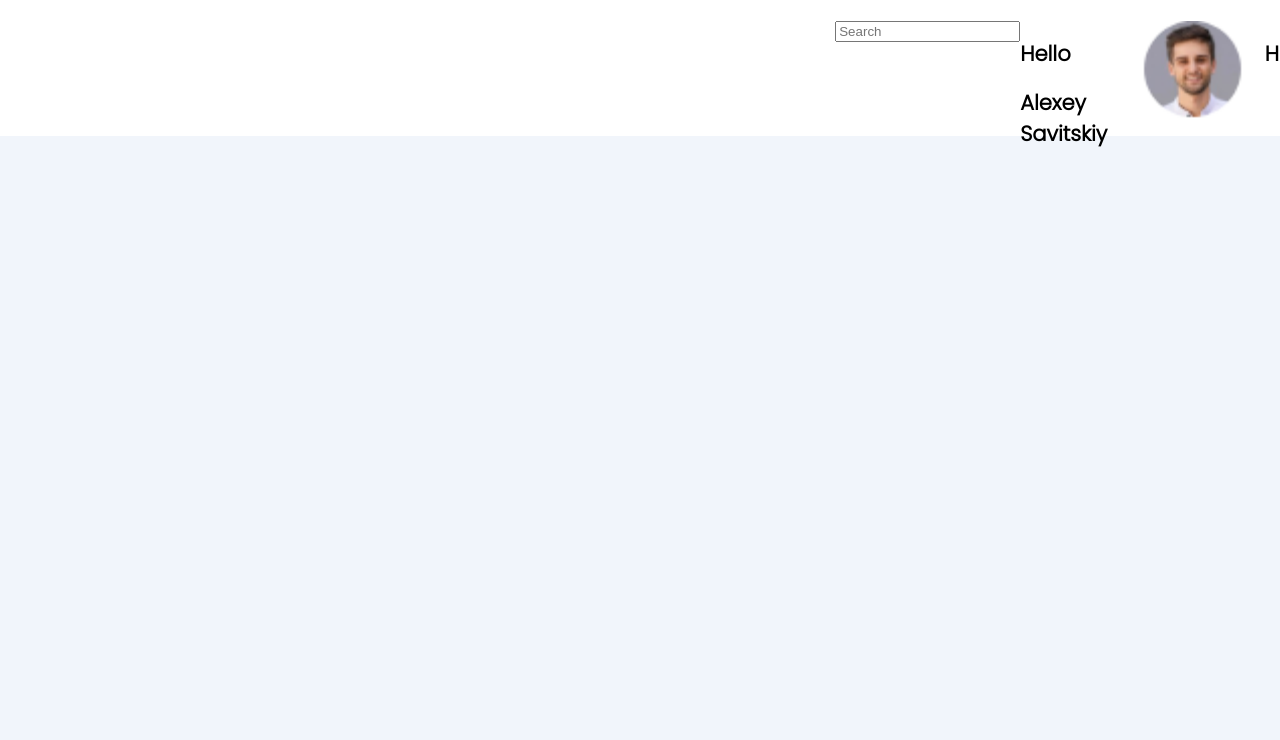
Repository: Anuruddha00/dashboard-design
Page: /
The author's editor kept a copy of each file at every save. The page is drawn from the files as they stood at one save, then again after the next save.
The browser window is 1280 px wide. The pictures show the whole page.
The project was rebuilt for these pictures with package versions that can differ from the ones it lists, and the page was loaded fresh each time.

Above is the page before, as saved 2021-05-06 22:44:56.

### public/index.html
<!DOCTYPE html>
<html lang="en">
  <head>
    <meta charset="utf-8" />
    <link rel="icon" href="%PUBLIC_URL%/favicon.ico" />
    <meta name="viewport" content="width=device-width, initial-scale=1" />
    <meta name="theme-color" content="#000000" />
    <meta
      name="description"
      content="Web site created using create-react-app"
    />
    <link rel="apple-touch-icon" href="%PUBLIC_URL%/logo192.png" />

    <link rel="preconnect" href="https://fonts.gstatic.com">
    <link href="https://fonts.googleapis.com/css2?family=Poppins:wght@300&display=swap" rel="stylesheet">

    <!--
      manifest.json provides metadata used when your web app is installed on a
      user's mobile device or desktop. See https://developers.google.com/web/fundamentals/web-app-manifest/
    -->
    <link rel="manifest" href="%PUBLIC_URL%/manifest.json" />
    <!--
      Notice the use of %PUBLIC_URL% in the tags above.
      It will be replaced with the URL of the `public` folder during the build.
      Only files inside the `public` folder can be referenced from the HTML.

      Unlike "/favicon.ico" or "favicon.ico", "%PUBLIC_URL%/favicon.ico" will
      work correctly both with client-side routing and a non-root public URL.
      Learn how to configure a non-root public URL by running `npm run build`.
    -->
    <title>React App</title>
  </head>
  <body>
    <noscript>You need to enable JavaScript to run this app.</noscript>
    <div id="root"></div>
    <!--
      This HTML file is a template.
      If you open it directly in the browser, you will see an empty page.

      You can add webfonts, meta tags, or analytics to this file.
      The build step will place the bundled scripts into the <body> tag.

      To begin the development, run `npm start` or `yarn start`.
      To create a production bundle, use `npm run build` or `yarn build`.
    -->
  </body>
</html>

### src/index.js
import React from 'react';
import ReactDOM from 'react-dom';
import Dashboard from './containers/Dashboard/Dashboard';
import reportWebVitals from './reportWebVitals';

ReactDOM.render(
  <React.StrictMode>
    <Dashboard />
  </React.StrictMode>,
  document.getElementById('root')
);

// If you want to start measuring performance in your app, pass a function
// to log results (for example: reportWebVitals(console.log))
// or send to an analytics endpoint. Learn more: https://bit.ly/CRA-vitals
reportWebVitals();

### src/containers/Dashboard/Dashboard.js
import React from 'react';
import './Dashboard.scss';

const dashboard = () =>{

    return(
        <div className='container'>
            <div className='dashboard'>
                <nav className ='dashboardNavBar'>
                    <div className='dashboardNavBarContent'>
                        <div className='dashboardNavBarContentSearch'>
                            <form className='dashboardNavBarContentSearchField'>
                                <input type='text' placeholder='Search'/>
                            </form>
                        </div>
                        <div className='dashboardNavBarContentProfile'>
                            <div className='dashboardNavBarContentProfileName'>
                                <h2>Hello</h2>
                                <h2>Alexey Savitskiy</h2>
                            </div>
                            <img src='./assets/Image 9.png'/>
                            <h1>H</h1>
                        </div>
                    </div>
                </nav>


            </div>
        </div>
    )

}
export default dashboard;

### src/containers/Dashboard/Dashboard.scss

body{
    margin: 0;
    padding: 0;
    font-size: 0.875rem;
    font-family: 'Poppins', sans-serif;

}

.container{
    background: #f1f5fb;
    height: 100vh;

    .dashboard{
        margin-top: 20px;

        &NavBar{
            display: flex;
            justify-content: end;
            border: 1px solid #ffffff;
            background:#ffffff;

            &Content{
                display: flex;


                &Search{

                    &Field{

                    }
                }
                &Profile{

                    &Name{

                    }
                    display: flex;
                    gap: 1em;
                }
            }
        }
    }
}

Loaded but not shown: src/reportWebVitals.js (common file)

After the next save:
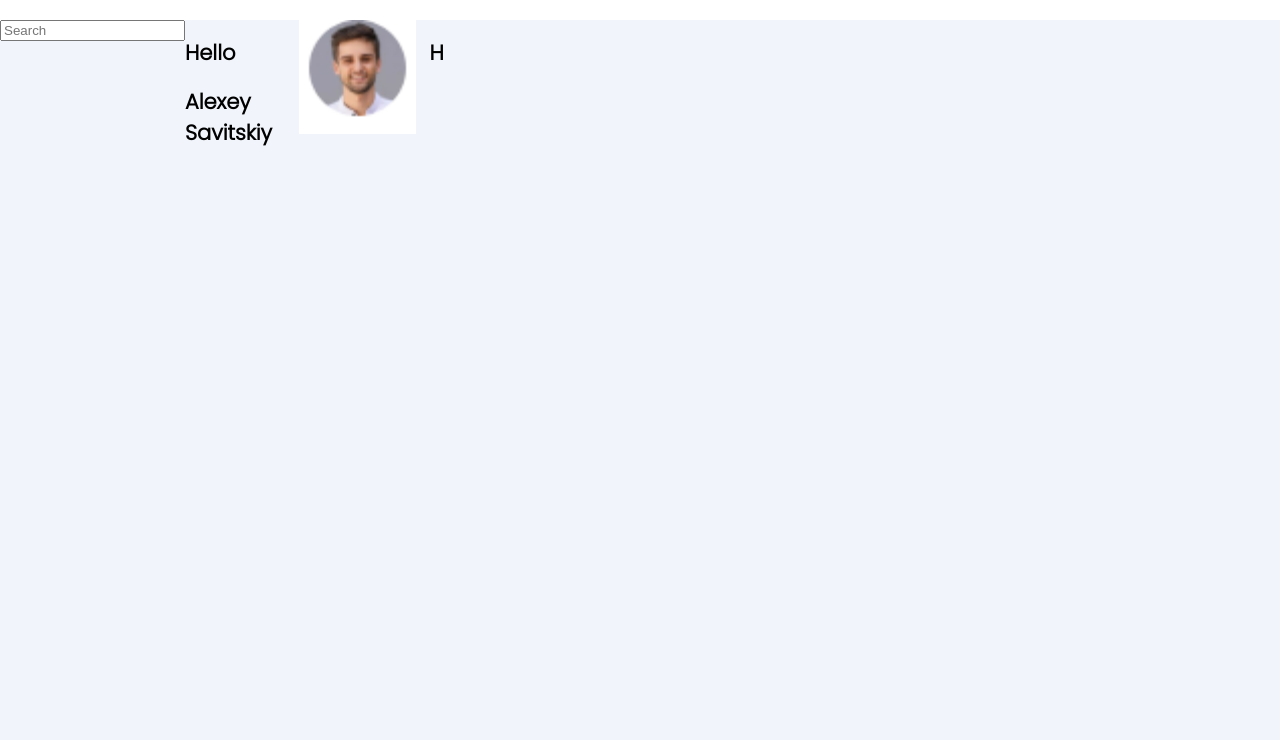
Saved 22 s later.
--- a/src/containers/Dashboard/Dashboard.js
+++ b/src/containers/Dashboard/Dashboard.js
@@ -6,7 +6,7 @@ const dashboard = () =>{
     return(
         <div className='container'>
             <div className='dashboard'>
-                <nav className ='dashboardNavBar'>
+                <nav className ='NavBar'>
                     <div className='dashboardNavBarContent'>
                         <div className='dashboardNavBarContentSearch'>
                             <form className='dashboardNavBarContentSearchField'>

After the save that followed:
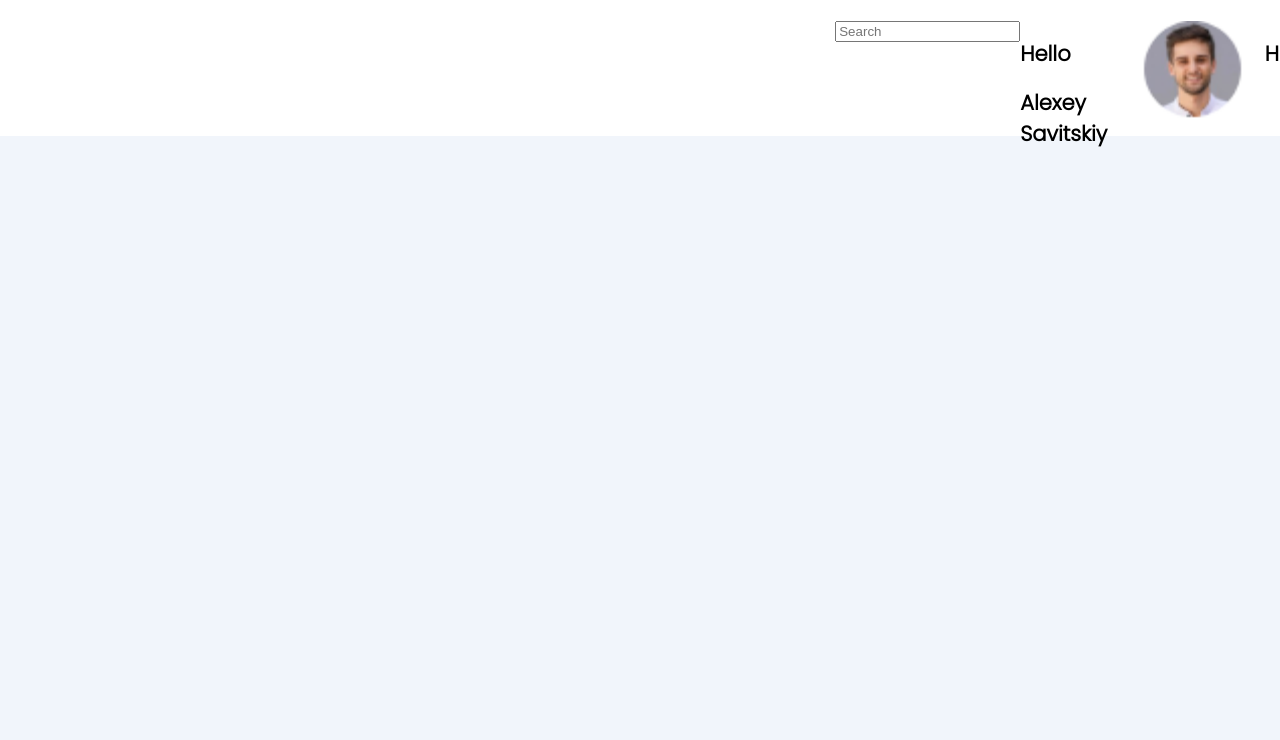
Saved 68 s later.
--- a/src/containers/Dashboard/Dashboard.js
+++ b/src/containers/Dashboard/Dashboard.js
@@ -6,15 +6,15 @@ const dashboard = () =>{
     return(
         <div className='container'>
             <div className='dashboard'>
-                <nav className ='NavBar'>
-                    <div className='dashboardNavBarContent'>
-                        <div className='dashboardNavBarContentSearch'>
-                            <form className='dashboardNavBarContentSearchField'>
+                <nav className ='navBar'>
+                    <div className='navBarContent'>
+                        <div className='navBarContentSearch'>
+                            <form className='navBarContentSearchField'>
                                 <input type='text' placeholder='Search'/>
                             </form>
                         </div>
-                        <div className='dashboardNavBarContentProfile'>
-                            <div className='dashboardNavBarContentProfileName'>
+                        <div className='navBarContentProfile'>
+                            <div className='navBarContentProfileName'>
                                 <h2>Hello</h2>
                                 <h2>Alexey Savitskiy</h2>
                             </div>
--- a/src/containers/Dashboard/Dashboard.scss
+++ b/src/containers/Dashboard/Dashboard.scss
@@ -14,7 +14,7 @@ body{
     .dashboard{
         margin-top: 20px;
 
-        &NavBar{
+        .navBar{
             display: flex;
             justify-content: end;
             border: 1px solid #ffffff;
